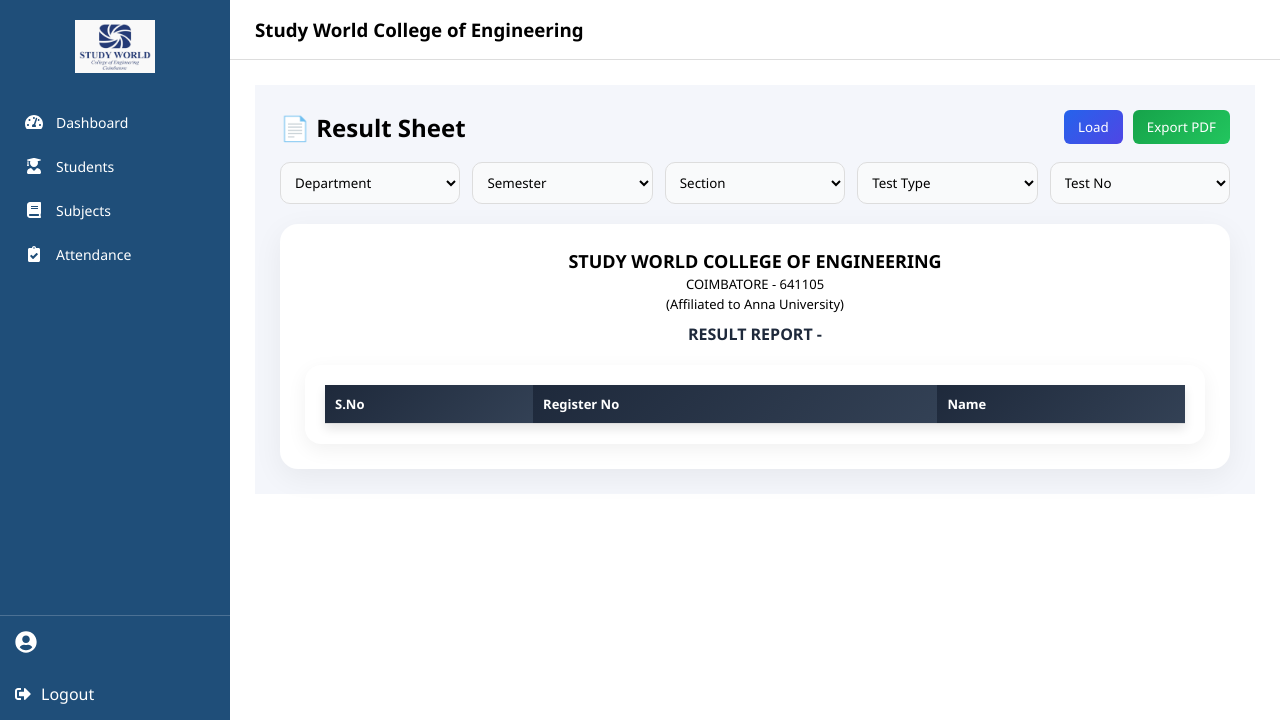
Repository: arthanarieswara/frontend
Page: /result-sheet
These files come from the project's save history. The page is drawn as it stood at one moment and after a run of saves; the edit follows.
The browser window is 1280 px wide. The pictures show the whole page.
The page's requests for data from a server got no answer. The project was rebuilt for these pictures with package versions that can differ from the ones it lists, and the page was loaded fresh each time. No one was signed in, and anything a server would have sent is missing. Also part of the build but not shown: vite.config.js, src/pages/auth/Login.jsx, src/pages/dashboard/Dashboard.css, src/pages/dashboard/Dashboard.jsx, src/pages/departments/Departments.jsx, src/pages/students/Students.css, src/pages/students/Students.jsx, src/pages/faculty/Faculty.css and 13 more.

Above is the page before, as saved 2026-04-13 15:32:31.

### index.html
<!doctype html>
<html lang="en">
  <head>
    <meta charset="UTF-8" />
    <link rel="icon" type="image/svg+xml" href="/college-logo.png" />
    <meta name="viewport" content="width=device-width, initial-scale=1.0" />
    <title>SWMS</title>
  </head>
  <body>
    <div id="root"></div>
    <script type="module" src="/src/main.jsx"></script>
  </body>
</html>

### src/App.jsx
import AppRoutes from "./routes/AppRoutes";

function App() {
  return <AppRoutes />;
}

export default App;

### src/routes/AppRoutes.jsx
import { BrowserRouter, Routes, Route } from "react-router-dom";

import Login from "../pages/auth/Login";
import Dashboard from "../pages/dashboard/Dashboard";
import Departments from "../pages/departments/Departments";
import Students from "../pages/students/Students";
import Faculty from "../pages/faculty/Faculty";
import Subjects from "../pages/Subjects/Subjects";
import Attendance from "../pages/Attendance/Attendance";
import Users from "../pages/users/Users";
import UserMapping from "../pages/UserMapping/UserMapping"; // ✅ NEW
import FacultyAttendance from "../pages/faculty/FacultyAttendance";
import Marks from "../pages/marks/Marks";
import ResultSheet from "../pages/marks/ResultSheet";
import SubjectMarks from "../pages/marks/SubjectMarks";
function AppRoutes() {
  return (
    <BrowserRouter>
      <Routes>
        <Route path="/" element={<Login />} />
        <Route path="/dashboard" element={<Dashboard />} />
        <Route path="/departments" element={<Departments />} />
        <Route path="/students" element={<Students />} />
        <Route path="/faculty" element={<Faculty />} />
        <Route path="/subjects" element={<Subjects />} />
        <Route path="/attendance" element={<Attendance />} />
        <Route path="/users" element={<Users />} />
        <Route path="/faculty-attendance" element={<FacultyAttendance />} />

        {/* ✅ NEW ROUTE */}
        <Route path="/mapping" element={<UserMapping />} />
        <Route path="/marks" element={<Marks />} />
        <Route path="/result-sheet" element={<ResultSheet />} />
        <Route path="/subject-marks" element={<SubjectMarks />} />
      </Routes>
    </BrowserRouter>
  );
}

export default AppRoutes;

### src/pages/auth/Login.css
*{
  margin:0;
  padding:0;
  box-sizing:border-box;
  font-family:"Segoe UI",sans-serif;
}

/* ANIMATED BACKGROUND */

.login-wrapper{
  height:100vh;
  display:flex;
  justify-content:center;
  align-items:center;
  background:linear-gradient(270deg,#0f4c81,#3a8bfd,#1a6ed8);
  background-size:600% 600%;
  animation:gradientBG 10s ease infinite;
}

@keyframes gradientBG{
  0%{background-position:0% 50%}
  50%{background-position:100% 50%}
  100%{background-position:0% 50%}
}

/* LOGIN CARD */

.login-card{
  width:420px;
  padding:40px;
  border-radius:12px;
  background:rgba(255,255,255,0.15);
  backdrop-filter:blur(15px);
  box-shadow:0 15px 40px rgba(0,0,0,0.3);
  text-align:center;
  color:white;
}

/* COLLEGE HEADER */

.college-logo{
  width:70px;
  margin-bottom:10px;
}

.college-header h1{
  font-size:20px;
  margin-bottom:5px;
}

.college-header p{
 font-size:13px;
  opacity:0.9;
}

.college-header span{
  font-size:12px;
  opacity:0.8;
}

.college-header{
  margin-bottom:30px;
}

/* INPUT GROUP */

.input-group{

  position:relative;
  margin-bottom:20px;
}

.input-group input{
  width:100%;
  padding:12px;
  border:none;
  border-radius:6px;
  outline:none;
  font-size:14px;
}

/* FLOATING LABEL */

.input-group label{
  position:absolute;
  left:12px;
  top:50%;
  transform:translateY(-50%);
  color:#000000;
  font-size:14px;
  pointer-events:none;
  transition:0.3s;
}

.input-group input:focus + label,
.input-group input:not(:placeholder-shown) + label{
  top:-8px;
  /* background:white; */
  padding:0 5px;
  font-size:15px;
  color:white;
}

/* PASSWORD ICON */

.password-group{
 position:relative;
}

.eye-icon{
  position:absolute;
  right:10px;
  top:50%;
  transform:translateY(-50%);
  cursor:pointer;
  color:#444;
}

/* BUTTON */

.login-btn{
  width:100%;
  padding:12px;
  border:none;
  border-radius:6px;
  background:white;
  color:#0f4c81;
  font-size:16px;
  font-weight:bold;
  cursor:pointer;
  transition:all 0.3s;
}

.login-btn:hover{
  transform:translateY(-2px);
  box-shadow:0 5px 15px rgba(0,0,0,0.3);
}

### src/components/Layout.jsx
import { useState } from "react";
import Sidebar from "./Sidebar";
import Navbar from "./Navbar";

function Layout({ children }) {

  const [collapsed,setCollapsed] = useState(false);

  return (

    <div style={{display:"flex"}}>

      <Sidebar collapsed={collapsed} />

      <div style={{flex:1}}>

        <Navbar toggleSidebar={()=>setCollapsed(!collapsed)} />

        <div style={{padding:"25px"}}>
          {children}
        </div>

      </div>

    </div>

  );

}

export default Layout;

### src/pages/departments/Departments.css
.departments h2 {
    margin-bottom: 20px;
}

.add-section {
    display: flex;
    gap: 10px;
    margin-bottom: 20px;
}

.add-section input {
    padding: 10px;
    border: 1px solid #ccc;
    border-radius: 5px;
}

.add-section button {
    background: #0f4c81;
    color: white;
    border: none;
    padding: 10px 15px;
    border-radius: 5px;
    cursor: pointer;
}

table {
    width: 100%;
    border-collapse: collapse;
    background: white;
    box-shadow: 0 5px 10px rgba(0, 0, 0, 0.1);
}

th,
td {
    padding: 12px;
    border-bottom: 1px solid #ddd;
    text-align: left;
}

.delete-btn {
    background: red;
    color: white;
    border: none;
    padding: 6px 10px;
    border-radius: 4px;
    cursor: pointer;
}

.edit-btn {
    background: #0f4c81;
    color: white;
    border: none;
    padding: 6px 10px;
    border-radius: 4px;
    cursor: pointer;
    margin: 10px;
}

### src/pages/faculty/FacultyAttendance.css
.faculty-attendance {
  padding: 25px;
}

/* HEADER */
.header {
  display: flex;
  justify-content: space-between;
  align-items: center;
  margin-bottom: 20px;
}

.actions {
  display: flex;
  gap: 10px;
}

.actions input {
  padding: 8px;
  border-radius: 6px;
  border: 1px solid #ccc;
}

.actions button {
  background: #1e5eff;
  color: white;
  border: none;
  padding: 8px 14px;
  border-radius: 6px;
  cursor: pointer;
}

.actions button:hover {
  background: #1748c7;
}

.secondary-btn {
  background: #28a745;
}

.secondary-btn:hover {
  background: #1e7e34;
}

/* TABLE */
.table-container {
  background: white;
  border-radius: 10px;
  box-shadow: 0 2px 10px rgba(0,0,0,0.08);
  overflow: hidden;
}

table {
  width: 100%;
  border-collapse: collapse;
}

thead {
  background: #1e5eff;
  color: white;
}

th, td {
  padding: 12px;
}

tbody tr:nth-child(even) {
  background: #f5f7fb;
}

tbody tr:hover {
  background: #eef2ff;
}

/* STATUS COLORS */
.status-dropdown.Present {
  background: #d4edda;
}

.status-dropdown.Absent {
  background: #f8d7da;
}

/* TIME INPUTS */
.time-inputs {
  display: flex;
  gap: 10px;
}

/* REPORT */
.report-section {
  margin-top: 30px;
}

.cards {
  display: flex;
  gap: 15px;
  flex-wrap: wrap;
}

.card {
  background: white;
  padding: 15px;
  border-radius: 8px;
  box-shadow: 0 2px 8px rgba(0,0,0,0.1);
  min-width: 120px;
  text-align: center;
}

.card.total {
  background: #1e5eff;
  color: white;
}

### src/pages/marks/ResultSheet.css
/* PAGE */
.result-page {
  padding: 25px;
  background: #f4f6fb;
  font-family: "Inter", sans-serif;
}

/* HEADER */
.result-header {
  display: flex;
  justify-content: space-between;
  align-items: center;
  margin-bottom: 18px;
}

.result-header h2 {
  font-weight: 600;
}

/* BUTTONS */
.actions {
  display: flex;
  gap: 10px;
}

.btn {
  padding: 10px 16px;
  border-radius: 10px;
  border: none;
  cursor: pointer;
  transition: 0.3s;
  font-weight: 500;
}

.btn.primary {
  background: linear-gradient(135deg, #2563eb, #4f46e5);
  color: white;
}

.btn.success {
  background: linear-gradient(135deg, #16a34a, #22c55e);
  color: white;
}

.btn:hover {
  transform: scale(1.05);
}

/* FILTER BAR */
.filter-bar {
  display: grid;
  grid-template-columns: repeat(auto-fit, minmax(150px, 1fr));
  gap: 12px;
  margin-bottom: 20px;
}

.filter-bar select {
  padding: 10px;
  border-radius: 10px;
  border: 1px solid #ddd;
  background: #f9fafb;
  transition: 0.2s;
}

.filter-bar select:focus {
  border-color: #2563eb;
  background: white;
  outline: none;
}

/* PDF CONTAINER */
.pdf-container {
  background: white;
  padding: 25px;
  border-radius: 18px;
  box-shadow: 0 8px 30px rgba(0,0,0,0.06);
}

/* COLLEGE HEADER */
.college-block {
  text-align: center;
  margin-bottom: 20px;
}

.college-block h3 {
  font-size: 18px;
  font-weight: bold;
}

.college-block p {
  margin: 2px 0;
  font-size: 13px;
}

.college-block h4 {
  margin-top: 10px;
  font-weight: 600;
  color: #1e293b;
}

/* TABLE */
.table-wrapper {
  overflow-x: auto;
  border-radius: 12px;
}

.result-table {
  width: 100%;
  border-collapse: collapse;
  overflow: hidden;
}

/* HEADER */
.result-table th {
  background: linear-gradient(135deg, #1e293b, #334155);
  color: white;
  padding: 10px;
  font-size: 13px;
  position: sticky;
  top: 0;
}

/* CELLS */
.result-table td {
  padding: 10px;
  border-bottom: 1px solid #eee;
  font-size: 13px;
  text-align: center;
}

/* NAME ALIGN */
.result-table .name {
  text-align: left;
}

/* HOVER */
.result-table tr:hover {
  background: #f8fafc;
}

/* MARK COLORS */
.pass {
  color: #16a34a;
  font-weight: 600;
}

.fail {
  color: #dc2626;
  font-weight: 600;
}

.absent {
  color: #f97316;
  font-weight: 600;
}

/* ================= ANALYSIS ================= */
.analysis-section {
  margin-top: 25px;
}

/* TITLE */
.analysis-section h4 {
  margin-bottom: 8px;
  font-weight: 600;
}

/* ANALYSIS TABLE */
.analysis-table {
  width: 100%;
  border-collapse: collapse;
  margin-bottom: 15px;
  border-radius: 12px;
  overflow: hidden;
}

/* HEADER */
.analysis-table th {
  background: #f1f5f9;
  padding: 10px;
  text-align: left;
  font-size: 13px;
  font-weight: 600;
}

/* CELLS */
.analysis-table td {
  border: 1px solid #eee;
  padding: 10px;
  text-align: center;
  font-size: 13px;
}

/* ROW HOVER */
.analysis-table tr:hover {
  background: #f9fafb;
}

/* NIL CELL HIGHLIGHT */
.analysis-table td:last-child {
  font-weight: bold;
  color: #2563eb;
}

/* PRINT / PDF OPTIMIZATION */
@media print {
  .result-page {
    background: white;
  }

  .filter-bar,
  .actions {
    display: none;
  }

  .pdf-container {
    box-shadow: none;
  }
}

### src/pages/marks/SubjectMarks.css
/* PAGE */
.subject-page {
  padding: 25px;
  background: #f5f7fb;
}

/* TITLE */
.subject-page h2 {
  margin-bottom: 15px;
  font-weight: 600;
}

/* ================= FILTERS ================= */
.filters.modern {
  display: grid;
  grid-template-columns: repeat(auto-fit, minmax(160px, 1fr));
  gap: 12px;
  margin-bottom: 20px;
}

.filters select,
.filters button {
  padding: 10px;
  border-radius: 10px;
  border: 1px solid #ddd;
  background: #f9fafb;
  transition: 0.2s;
}

.filters select:focus {
  border-color: #2563eb;
  background: white;
  outline: none;
}

/* BUTTONS */
.filters button {
  background: linear-gradient(135deg, #2563eb, #4f46e5);
  color: white;
  border: none;
  cursor: pointer;
}

.filters button:hover {
  transform: scale(1.05);
}

.export-btn {
  background: linear-gradient(135deg, #7c3aed, #a855f7);
}

/* ================= ANALYSIS ================= */
.analysis-grid {
  display: grid;
  grid-template-columns: repeat(auto-fit, minmax(140px, 1fr));
  gap: 15px;
  margin-bottom: 20px;
}

/* CARDS */
.card {
  padding: 18px;
  border-radius: 14px;
  text-align: center;
  font-weight: 600;
  color: white;
  box-shadow: 0 6px 18px rgba(0,0,0,0.08);
  transition: 0.25s;
  position: relative;
}

.card:hover {
  transform: translateY(-5px) scale(1.02);
}

/* TOP STRIP */
.card::before {
  content: "";
  position: absolute;
  top: 0;
  left: 0;
  height: 5px;
  width: 100%;
  border-radius: 14px 14px 0 0;
}

/* COLORS */
.total {
  background: linear-gradient(135deg, #1e293b, #334155);
}
.total::before { background: #94a3b8; }

.present {
  background: linear-gradient(135deg, #16a34a, #22c55e);
}
.present::before { background: #4ade80; }

.absent {
  background: linear-gradient(135deg, #ea580c, #f97316);
}
.absent::before { background: #fb923c; }

.pass {
  background: linear-gradient(135deg, #2563eb, #3b82f6);
}
.pass::before { background: #60a5fa; }

.fail {
  background: linear-gradient(135deg, #dc2626, #ef4444);
}
.fail::before { background: #f87171; }

.avg {
  background: linear-gradient(135deg, #7c3aed, #8b5cf6);
}
.avg::before { background: #a78bfa; }

.high {
  background: linear-gradient(135deg, #0891b2, #06b6d4);
}
.high::before { background: #67e8f9; }

.low {
  background: linear-gradient(135deg, #eab308, #facc15);
  color: black;
}
.low::before { background: #fde047; }

/* ================= TABLE ================= */
.table-wrapper {
  background: white;
  padding: 20px;
  border-radius: 16px;
  box-shadow: 0 6px 20px rgba(0,0,0,0.06);
  overflow-x: auto;
}

/* TABLE */
.marks-table {
  width: 100%;
  border-collapse: collapse;
}

/* HEADER */
.marks-table th {
  background: #1e293b;
  color: white;
  padding: 10px;
  font-size: 14px;
}

/* ROWS */
.marks-table td {
  padding: 10px;
  border-bottom: 1px solid #eee;
  text-align: center;
}

/* HOVER */
.marks-table tr:hover {
  background: #f9fafb;
}

/* INPUT */
.marks-table input {
  width: 80px;
  padding: 6px;
  border-radius: 8px;
  border: 1px solid #ddd;
  text-align: center;
}

.marks-table input:focus {
  border-color: #2563eb;
  outline: none;
}

/* SAVE BUTTON */
.save-btn {
  margin-top: 15px;
  padding: 10px 20px;
  border-radius: 10px;
  border: none;
  background: linear-gradient(135deg, #16a34a, #22c55e);
  color: white;
  cursor: pointer;
  transition: 0.3s;
}

.save-btn:hover {
  transform: scale(1.05);
}

### src/components/Sidebar.jsx
import { NavLink, useNavigate } from "react-router-dom";
import {
  FaTachometerAlt,
  FaUniversity,
  FaUserGraduate,
  FaChalkboardTeacher,
  FaBook,
  FaClipboardCheck,
  FaSignOutAlt,
  FaUserCircle,
  FaUsers,
  FaProjectDiagram,

} from "react-icons/fa";

import "./Sidebar.css";

function Sidebar({ collapsed }) {
  const navigate = useNavigate();

  const user = JSON.parse(localStorage.getItem("user"));
  const role = user?.role;

  const handleLogout = () => {
    localStorage.removeItem("token");
    localStorage.removeItem("user");
    navigate("/");
  };

  return (
    <div className="main-content">
      <div className={`sidebar ${collapsed ? "collapsed" : ""}`}>
        <div className="sidebar-header">
          <img src="/college-logo.png" className="sidebar-logo" />
        </div>

        <nav className="menu">
          {/* COMMON (ADMIN + FACULTY) */}
          <NavLink to="/dashboard" className="menu-item">
            <FaTachometerAlt />
            <span>Dashboard</span>
          </NavLink>

          <NavLink to="/students" className="menu-item">
            <FaUserGraduate />
            <span>Students</span>
          </NavLink>

          <NavLink to="/subjects" className="menu-item">
            <FaBook />
            <span>Subjects</span>
          </NavLink>

          <NavLink to="/attendance" className="menu-item">
            <FaClipboardCheck />
            <span>Attendance</span>
          </NavLink>

          {/* ADMIN ONLY */}
          {role === "Admin" && (
            <>
              <NavLink to="/departments" className="menu-item">
                <FaUniversity />
                <span>Departments</span>
              </NavLink>

              <NavLink to="/faculty" className="menu-item">
                <FaChalkboardTeacher />
                <span>Faculty</span>
              </NavLink>

              <NavLink to="/users" className="menu-item">
                <FaUsers />
                <span>Users</span>
              </NavLink>

              <NavLink to="/mapping" className="menu-item">
                <FaProjectDiagram />
                <span>Mapping</span>
              </NavLink>

              <NavLink to="/faculty-attendance" className="menu-item">
                <FaClipboardCheck />
                <span>Faculty Attendance</span>
              </NavLink>

              <NavLink to="/marks" className="menu-item">
                <FaClipboardCheck />
                <span>Marks</span>
              </NavLink>

              <NavLink to="/result-sheet" className="menu-item">
                <FaClipboardCheck />
                <span>Result Sheet</span>
              </NavLink>

              <NavLink to="/subject-marks" className="menu-item">
                <FaClipboardCheck />
                <span>Subject Mark</span>
              </NavLink>


            </>
          )}
        </nav>

        {/* PROFILE + LOGOUT */}

        <div className="bottom-section">
          <div className="profile">
            <FaUserCircle className="profile-icon" />
            <span>{role}</span>
          </div>

          <div className="logout" onClick={handleLogout}>
            <FaSignOutAlt />
            <span>Logout</span>
          </div>
        </div>
      </div>
    </div>
  );
}

export default Sidebar;

### src/components/Navbar.jsx
import { FaBars } from "react-icons/fa";
import "./Navbar.css";

function Navbar({ toggleSidebar }) {

    return (

        <div className="navbar">

            {/* <FaBars className="toggle-btn" onClick={toggleSidebar} /> */}

            <h3>Study World College of Engineering</h3>

        </div>

    )

}

export default Navbar;

### src/components/Sidebar.css
.sidebar {
  width: 230px;
  height: 100vh;
  background: #1f4e79;
  color: white;
  display: flex;
  flex-direction: column;
  justify-content: space-between;
  position: fixed;
  left: 0;
  top: 0;
}

/* HEADER */

.sidebar-header {
  display: flex;
  justify-content: center;
  align-items: center;
  padding: 20px 10px;
}

.sidebar-logo {
  width: 80px;
  object-fit: contain;
}

/* MENU */

.menu {
  display: flex;
  flex-direction: column;
  gap: 5px;
  padding: 10px;
}

/* MENU ITEM */

.menu-item {
  display: flex;
  align-items: center;
  gap: 12px;
  padding: 10px 14px;
  color: white;
  text-decoration: none;
  border-radius: 6px;
  transition: 0.3s;
  font-size: 14px;
}

.menu-item svg {
  font-size: 16px;
  min-width: 20px;
}

.menu-item:hover {
  background: rgba(255, 255, 255, 0.15);
}

.menu-item.active {
  background: white;
  color: #1f4e79;
}

/* PUSH BOTTOM SECTION DOWN */

.bottom-section {
  margin-top: auto;
}

/* PROFILE */

.profile {
  display: flex;
  align-items: center;
  gap: 10px;
  padding: 15px;
  border-top: 1px solid rgba(255, 255, 255, 0.2);
}

.profile-icon {
  font-size: 22px;
}

/* LOGOUT */

.logout {
  display: flex;
  align-items: center;
  gap: 10px;
  padding: 15px;
  cursor: pointer;
  transition: 0.3s;
}

.logout:hover {
  background: rgba(255, 0, 0, 0.2);
}

.main-content {
  margin-left: 190px; /* SAME AS SIDEBAR WIDTH */
  padding: 20px;
}

### src/components/Navbar.css
.navbar{
  height:60px;
  background:white;
  border-bottom:1px solid #ddd;
  display:flex;
  align-items:center;
  padding:0 25px;
}

Loaded but not shown: src/main.jsx (common file); src/api/api.js (18 lines, source omitted); src/pages/marks/ResultSheet.jsx (365 lines, source omitted)

After the next 2 saves:
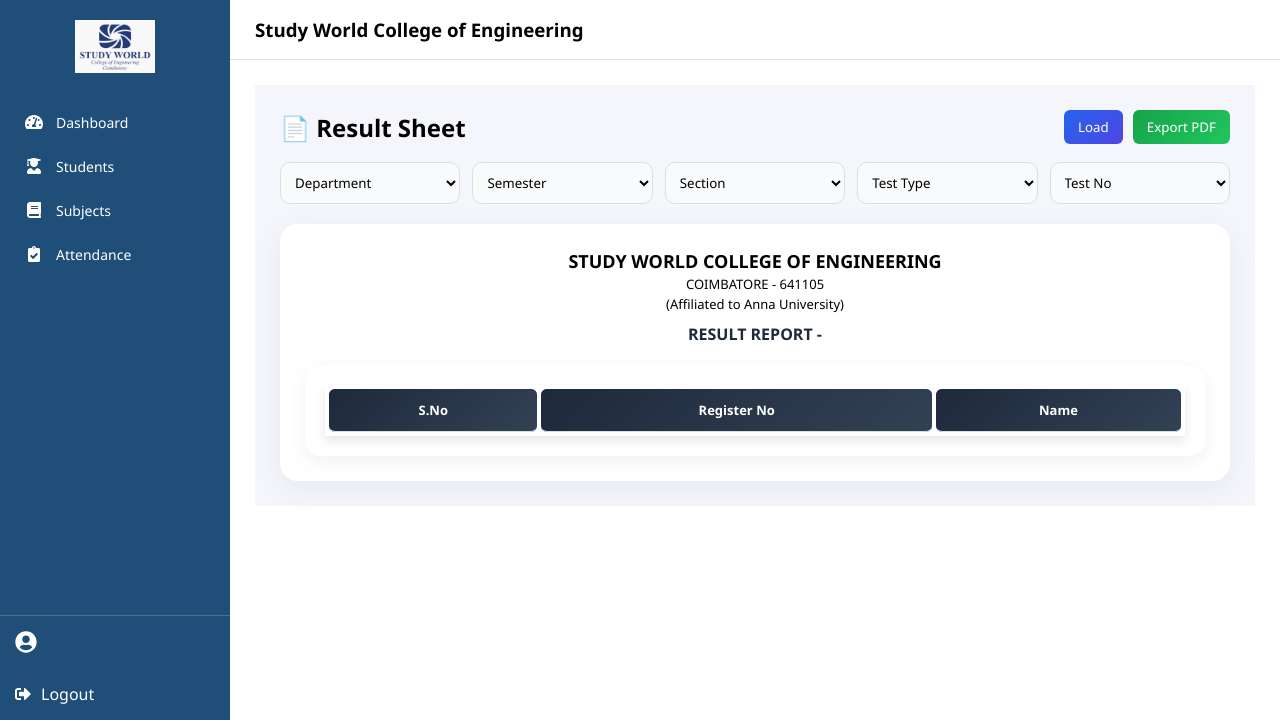
The 2 saves are shown as one change because they came seconds apart.
The last was saved 2 min 35 s later.
--- a/src/pages/marks/ResultSheet.css
+++ b/src/pages/marks/ResultSheet.css
@@ -1,11 +1,11 @@
-/* PAGE */
+/* ================= PAGE ================= */
 .result-page {
   padding: 25px;
   background: #f4f6fb;
   font-family: "Inter", sans-serif;
 }
 
-/* HEADER */
+/* ================= HEADER ================= */
 .result-header {
   display: flex;
   justify-content: space-between;
@@ -17,7 +17,7 @@
   font-weight: 600;
 }
 
-/* BUTTONS */
+/* ================= BUTTONS ================= */
 .actions {
   display: flex;
   gap: 10px;
@@ -46,7 +46,7 @@
   transform: scale(1.05);
 }
 
-/* FILTER BAR */
+/* ================= FILTER BAR ================= */
 .filter-bar {
   display: grid;
   grid-template-columns: repeat(auto-fit, minmax(150px, 1fr));
@@ -68,7 +68,7 @@
   outline: none;
 }
 
-/* PDF CONTAINER */
+/* ================= PDF CONTAINER ================= */
 .pdf-container {
   background: white;
   padding: 25px;
@@ -76,7 +76,7 @@
   box-shadow: 0 8px 30px rgba(0,0,0,0.06);
 }
 
-/* COLLEGE HEADER */
+/* ================= COLLEGE HEADER ================= */
 .college-block {
   text-align: center;
   margin-bottom: 20px;
@@ -98,58 +98,74 @@
   color: #1e293b;
 }
 
-/* TABLE */
+/* ================= TABLE ================= */
 .table-wrapper {
   overflow-x: auto;
   border-radius: 12px;
 }
 
+/* TABLE STRUCTURE */
 .result-table {
   width: 100%;
-  border-collapse: collapse;
-  overflow: hidden;
+  border-collapse: separate;
+  border-spacing: 4px; /* 🔥 spacing for premium look */
 }
 
 /* HEADER */
 .result-table th {
   background: linear-gradient(135deg, #1e293b, #334155);
   color: white;
-  padding: 10px;
-  font-size: 13px;
-  position: sticky;
-  top: 0;
+  padding: 12px;
+  font-size: 13px;
+  border-radius: 6px;
+  text-align: center;
 }
 
 /* CELLS */
 .result-table td {
-  padding: 10px;
-  border-bottom: 1px solid #eee;
-  font-size: 13px;
-  text-align: center;
+  background: #ffffff;
+  padding: 10px;
+  border-radius: 6px;
+  font-size: 13px;
+  text-align: center;
+  transition: 0.2s;
 }
 
 /* NAME ALIGN */
 .result-table .name {
   text-align: left;
+  font-weight: 500;
+}
+
+/* ROW STRIPING */
+.result-table tbody tr:nth-child(even) td {
+  background: #f8fafc;
 }
 
 /* HOVER */
-.result-table tr:hover {
-  background: #f8fafc;
-}
-
-/* MARK COLORS */
+.result-table tr:hover td {
+  background: #e0f2fe;
+}
+
+/* ================= MARK COLORS ================= */
+
+/* PASS */
 .pass {
-  color: #16a34a;
-  font-weight: 600;
-}
-
+  background: linear-gradient(135deg, #3b82f6, #2563eb);
+  color: white;
+  font-weight: 600;
+}
+
+/* FAIL */
 .fail {
-  color: #dc2626;
-  font-weight: 600;
-}
-
+  background: linear-gradient(135deg, #ef4444, #dc2626);
+  color: white;
+  font-weight: 600;
+}
+
+/* ABSENT (light, clean) */
 .absent {
+  background: #fff7ed;
   color: #f97316;
   font-weight: 600;
 }
@@ -159,7 +175,6 @@
   margin-top: 25px;
 }
 
-/* TITLE */
 .analysis-section h4 {
   margin-bottom: 8px;
   font-weight: 600;
@@ -174,7 +189,6 @@
   overflow: hidden;
 }
 
-/* HEADER */
 .analysis-table th {
   background: #f1f5f9;
   padding: 10px;
@@ -183,7 +197,6 @@
   font-weight: 600;
 }
 
-/* CELLS */
 .analysis-table td {
   border: 1px solid #eee;
   padding: 10px;
@@ -191,18 +204,34 @@
   font-size: 13px;
 }
 
-/* ROW HOVER */
+/* HOVER */
 .analysis-table tr:hover {
   background: #f9fafb;
 }
 
-/* NIL CELL HIGHLIGHT */
+/* NIL COLUMN */
 .analysis-table td:last-child {
   font-weight: bold;
   color: #2563eb;
 }
 
-/* PRINT / PDF OPTIMIZATION */
+/* ================= TOPPER (OPTIONAL) ================= */
+.topper {
+  background: linear-gradient(135deg, #22c55e, #16a34a) !important;
+  color: white;
+}
+
+/* ================= SCROLLBAR ================= */
+.table-wrapper::-webkit-scrollbar {
+  height: 8px;
+}
+
+.table-wrapper::-webkit-scrollbar-thumb {
+  background: #cbd5f5;
+  border-radius: 10px;
+}
+
+/* ================= PRINT / PDF ================= */
 @media print {
   .result-page {
     background: white;
@@ -215,5 +244,12 @@
 
   .pdf-container {
     box-shadow: none;
-  }
-}
+    border-radius: 0;
+  }
+
+  .result-table td,
+  .result-table th {
+    font-size: 11px;
+    padding: 6px;
+  }
+}
